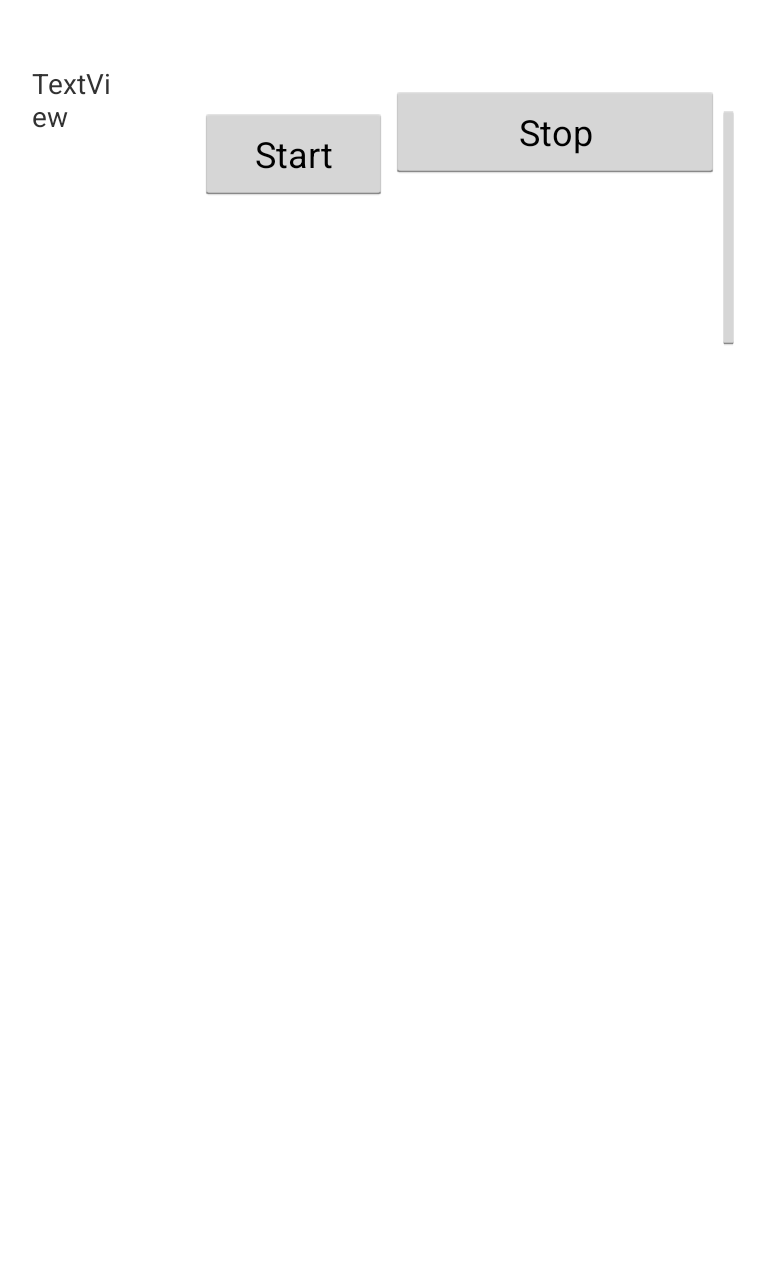
Repository: rjauquet/Android-ECE454
Layout: StopWatch/res/layout/activity_main.xml
These files come from the project's save history. The layout is drawn as it stood at one moment and after the next save; the edit follows.
It is drawn on a 768 x 1280 px phone screen (xhdpi) without system bars, with theme AppTheme; the app's code is not run.

Above is the layout before, as saved 2013-09-06 02:29:07.

### StopWatch/res/layout/activity_main.xml
<LinearLayout xmlns:android="http://schemas.android.com/apk/res/android"
    xmlns:tools="http://schemas.android.com/tools"
    android:layout_width="match_parent"
    android:layout_height="match_parent"
    android:paddingBottom="@dimen/activity_vertical_margin"
    android:paddingLeft="@dimen/activity_horizontal_margin"
    android:paddingRight="@dimen/activity_horizontal_margin"
    android:paddingTop="@dimen/activity_vertical_margin"
    tools:context=".MainActivity" >

    <TextView
        android:id="@+id/timeView"
        android:layout_width="wrap_content"
        android:layout_height="wrap_content"
        android:layout_weight="0.03"
        android:text="TextView" />

    <Button
        android:id="@+id/start"
        android:layout_width="108dp"
        android:layout_height="wrap_content"
        android:layout_marginLeft="38dp"
        android:layout_marginTop="37dp"
        android:layout_weight="0.03"
        android:text="Start" />

    <Button
        android:id="@+id/stop"
        android:layout_width="166dp"
        android:layout_height="wrap_content"
        android:layout_marginTop="26dp"
        android:text="Stop" />

    <Button
        android:id="@+id/pause"
        android:layout_width="wrap_content"
        android:layout_height="wrap_content"
        android:layout_marginTop="32dp"
        android:layout_weight="0.16"
        android:text="Pause" />

</LinearLayout>

Loaded but not shown: StopWatch/res/values/styles.xml (common file); StopWatch/res/values-v11/styles.xml (common file); StopWatch/res/values-v14/styles.xml (common file); StopWatch/res/values/dimens.xml (common file)

After the next save:
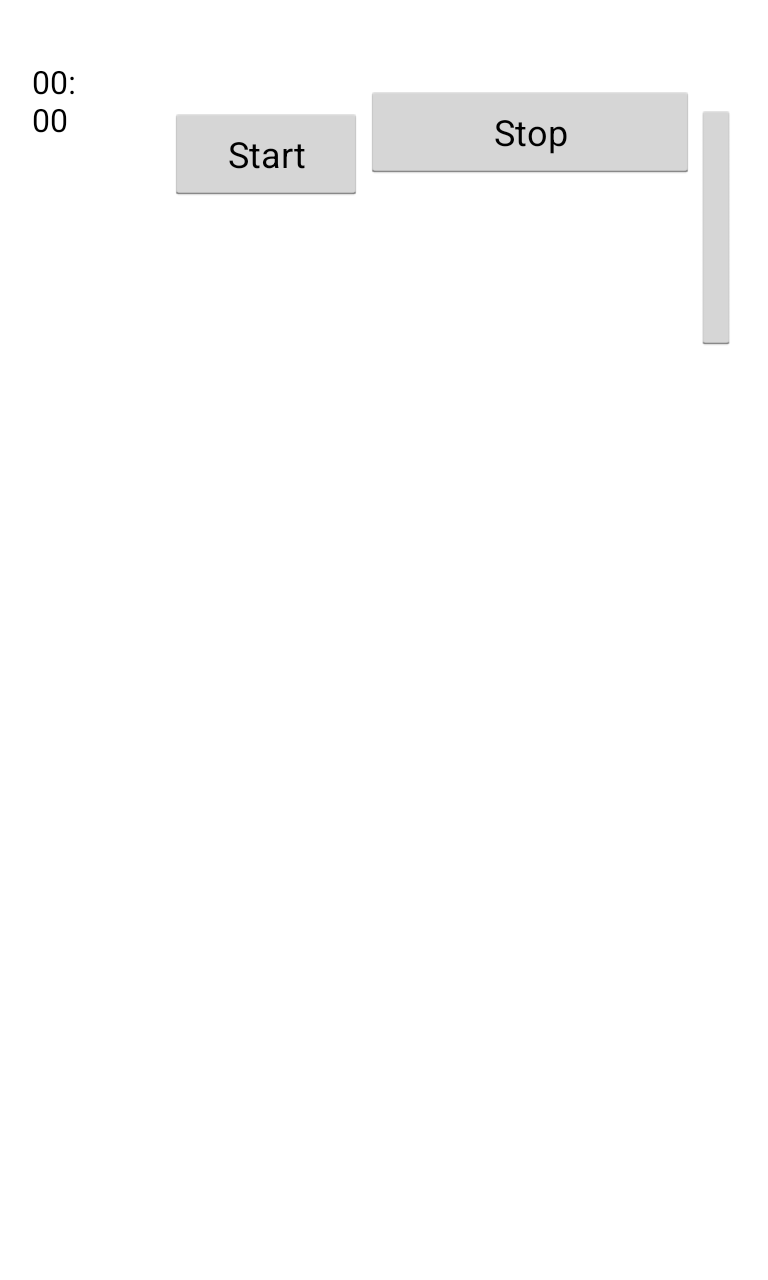
Saved 41 s later.
--- a/StopWatch/res/layout/activity_main.xml
+++ b/StopWatch/res/layout/activity_main.xml
@@ -8,12 +8,12 @@
     android:paddingTop="@dimen/activity_vertical_margin"
     tools:context=".MainActivity" >
 
-    <TextView
-        android:id="@+id/timeView"
+    <Chronometer
+        android:id="@+id/timer"
         android:layout_width="wrap_content"
         android:layout_height="wrap_content"
         android:layout_weight="0.03"
-        android:text="TextView" />
+        android:text="Chronometer" />
 
     <Button
         android:id="@+id/start"

After the save that followed:
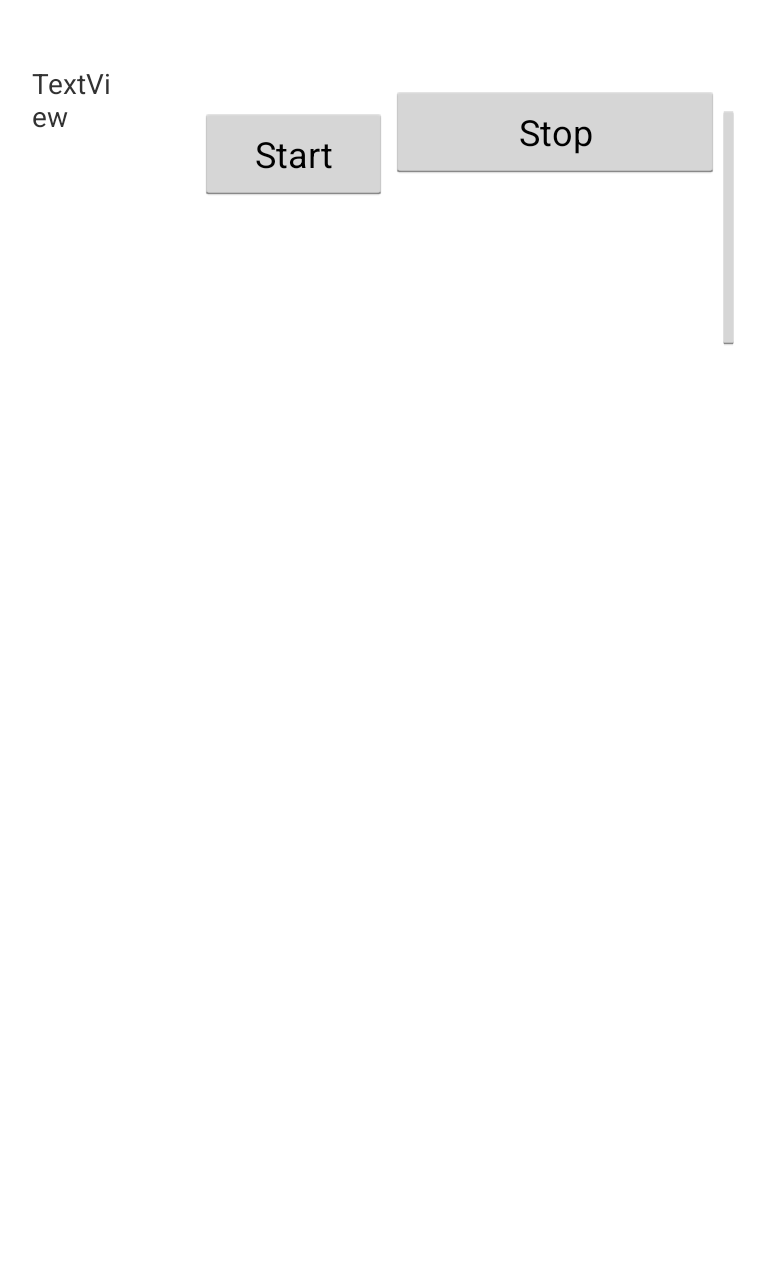
Saved 10 min 44 s later.
--- a/StopWatch/res/layout/activity_main.xml
+++ b/StopWatch/res/layout/activity_main.xml
@@ -8,12 +8,12 @@
     android:paddingTop="@dimen/activity_vertical_margin"
     tools:context=".MainActivity" >
 
-    <Chronometer
-        android:id="@+id/timer"
+    <TextView
+        android:id="@+id/timeView"
         android:layout_width="wrap_content"
         android:layout_height="wrap_content"
         android:layout_weight="0.03"
-        android:text="Chronometer" />
+        android:text="TextView" />
 
     <Button
         android:id="@+id/start"
